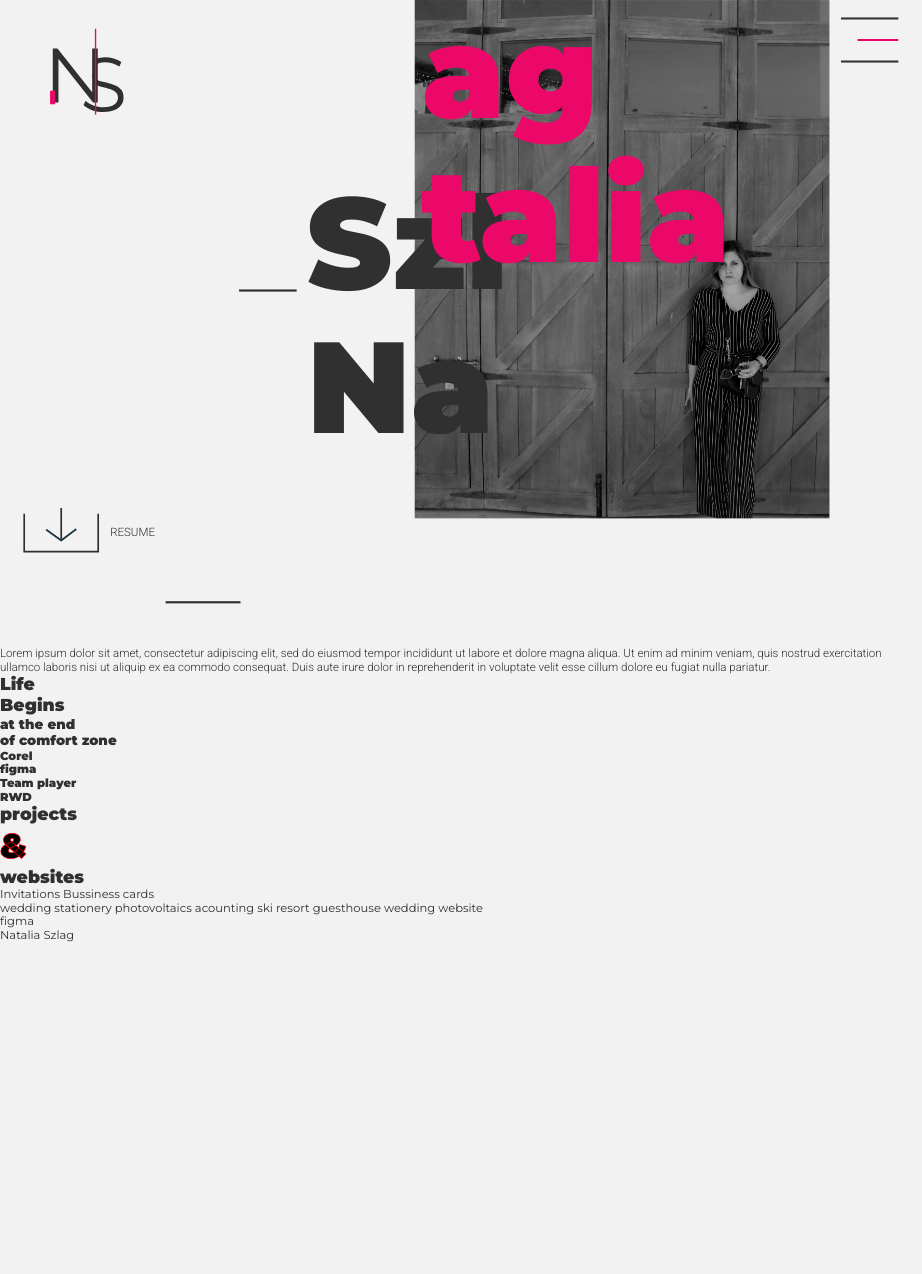
Repository: nataliaszlag/portfolio3
Page: index.html
The author's editor kept a copy of each file at every save. The page is drawn from the files as they stood at one save, then again after the next save.
The browser window is 1280 px wide. The pictures show the whole page, at 72% of full size.
The style sheet was rebuilt from its Sass, Less or Tailwind sources for each picture, by a compiler version that may differ from the author's.

Above is the page before, as saved 2020-09-26 20:17:28.

After the next save:
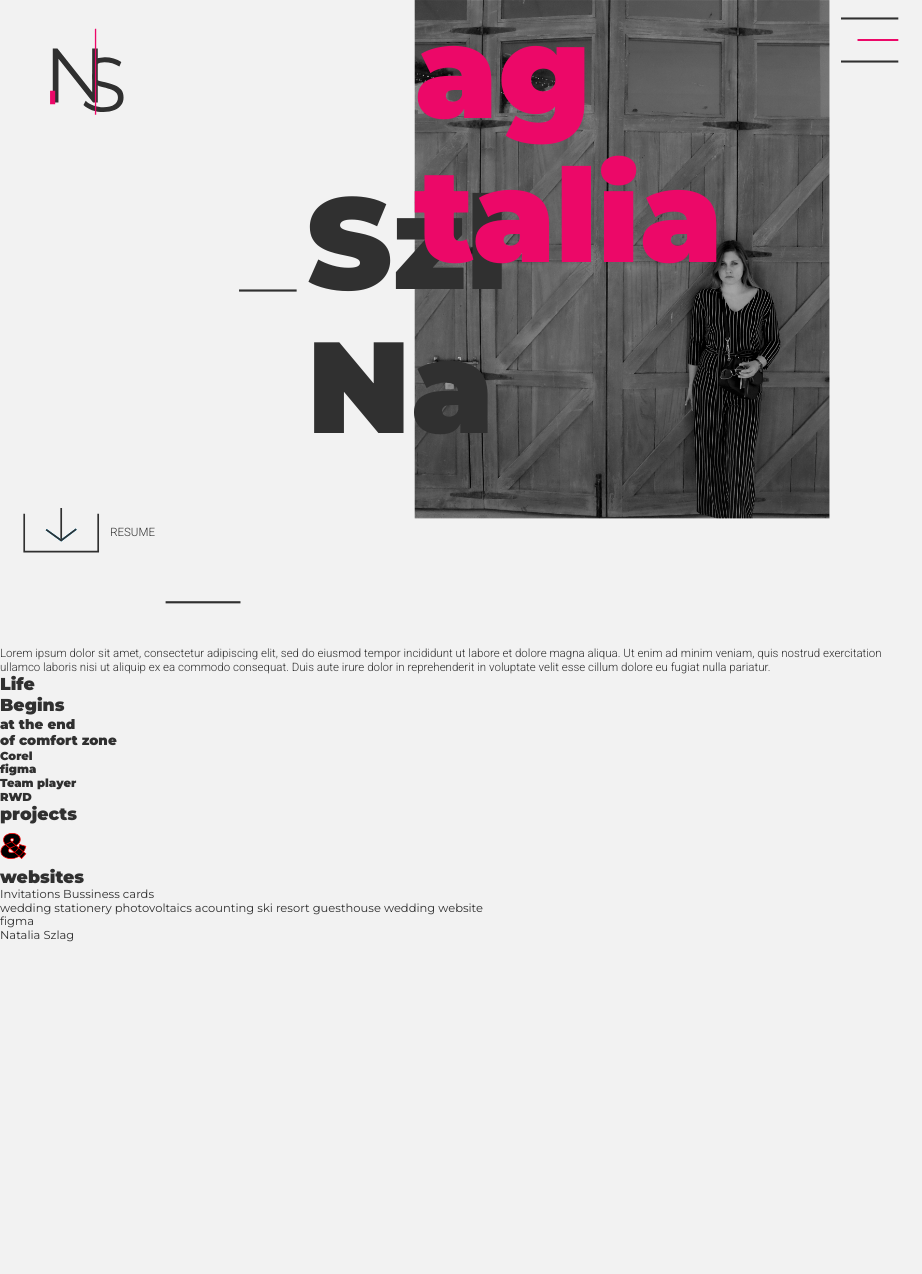
Saved 5 s later.
--- a/scss/style.scss
+++ b/scss/style.scss
@@ -75,7 +75,6 @@ body{
     font-weight: 900;
     font-size: 180px;
     line-height: 200px;
-    padding-left: 10px;
     z-index: 3;
 }
 
